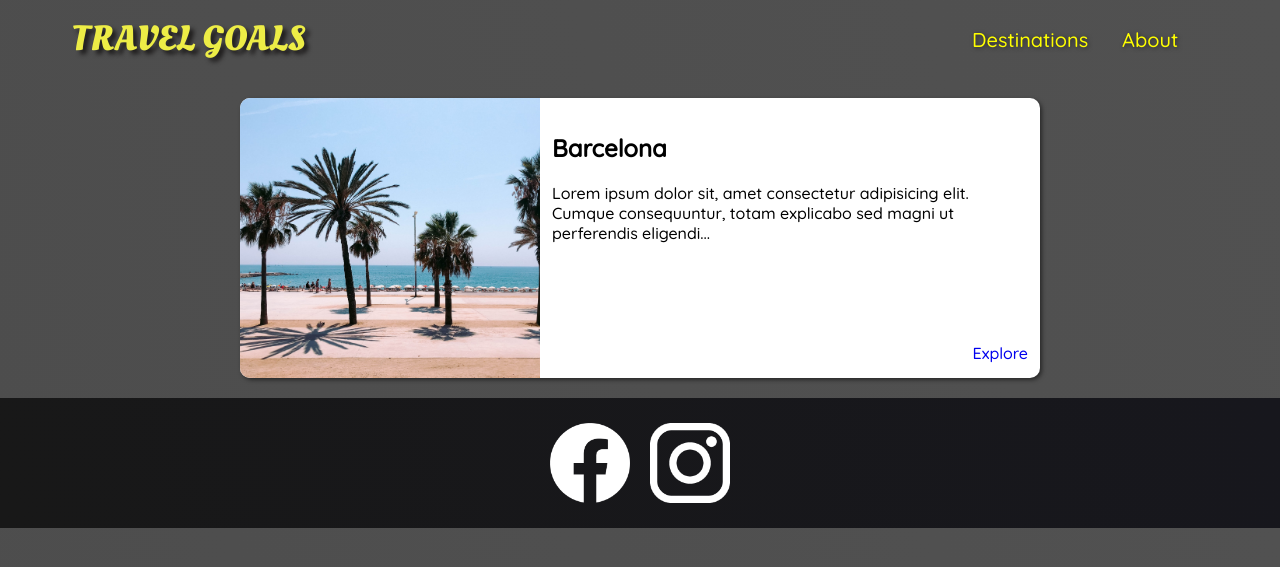
Repository: MicTomm/Travel-Goals
Page: places.html
These files come from the project's save history. The page is drawn as it stood at one moment and after the next save; the edit follows.
The browser window is 1280 px wide. The pictures show the whole page.

Above is the page before, as saved 2023-06-08 20:51:57.

After the next save:
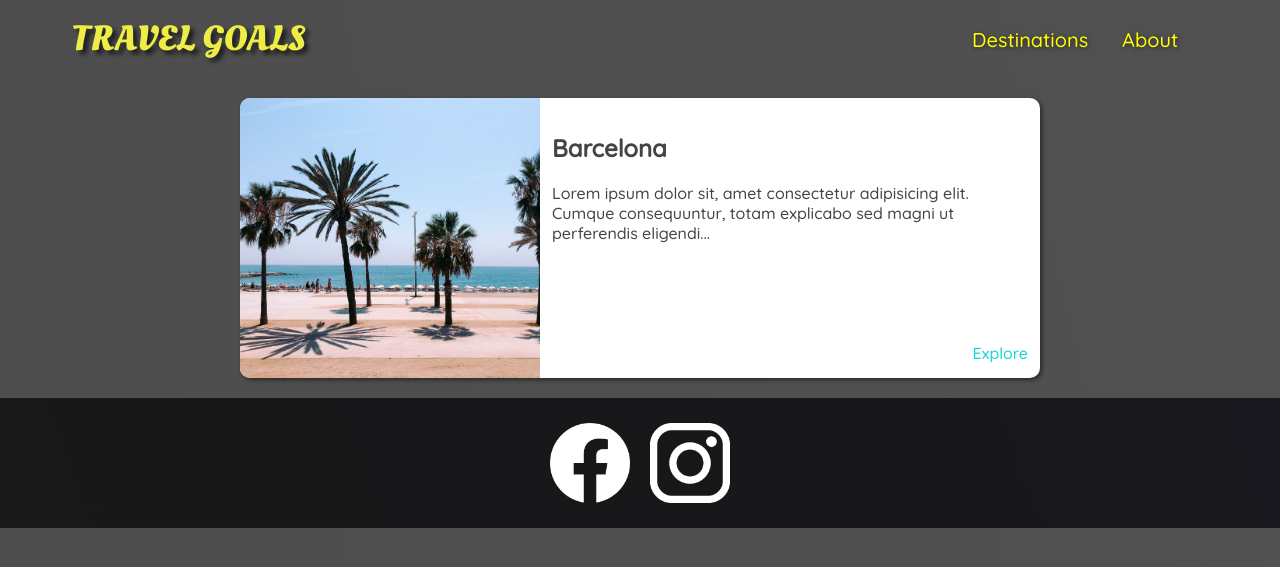
Saved 5 min 46 s later.
--- a/styles/places.css
+++ b/styles/places.css
@@ -1,5 +1,6 @@
 body {
     background: linear-gradient(77deg, rgb(77, 77, 77), rgb(81, 81, 81));
+    color: rgb(68, 68, 68);
 }
 
 /*
@@ -44,5 +45,9 @@ main li img {
 
 .card-link a{
     text-decoration: none;
+    color: rgb(22, 211, 218);
+}
 
+.card-link a:hover{
+    background
 }
